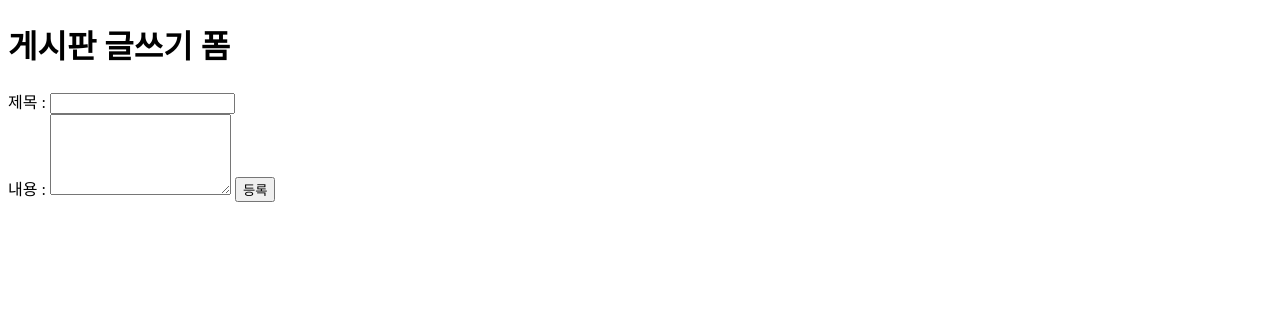
Repository: nsj2204/spring2
Page: http://localhost/ex01/board/write.do
These files come from the project's save history. The page is drawn as it stood at one moment and after the next save; the edit follows.
The browser window is 1280 px wide. The pictures show the whole page.
The page is served by Tomcat 9.

Above is the page before, as saved 2023-04-06 01:31:20.

After the next save:
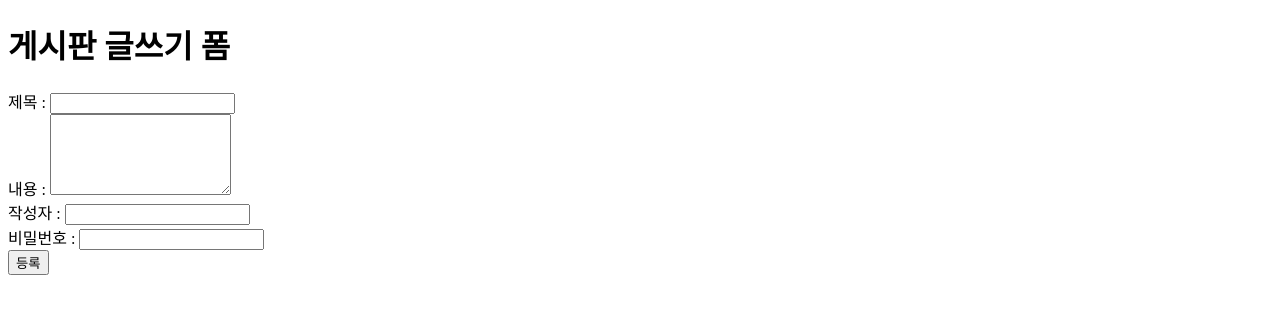
Saved 42 s later.
--- a/ex01/src/main/webapp/WEB-INF/views/board/write.jsp
+++ b/ex01/src/main/webapp/WEB-INF/views/board/write.jsp
@@ -10,7 +10,9 @@
 <h1>게시판 글쓰기 폼</h1>
 <form action="write.do" method="post">
 제목 : <input name="title"><br/>
-내용 : <textarea rows="5" cols="content"></textarea>
+내용 : <textarea rows="5" cols="content"></textarea><br/>
+작성자 : <input name="writer"><br/>
+비밀번호 : <input name="pw"><br/>
 <button>등록</button>
 </form>
 </body>
